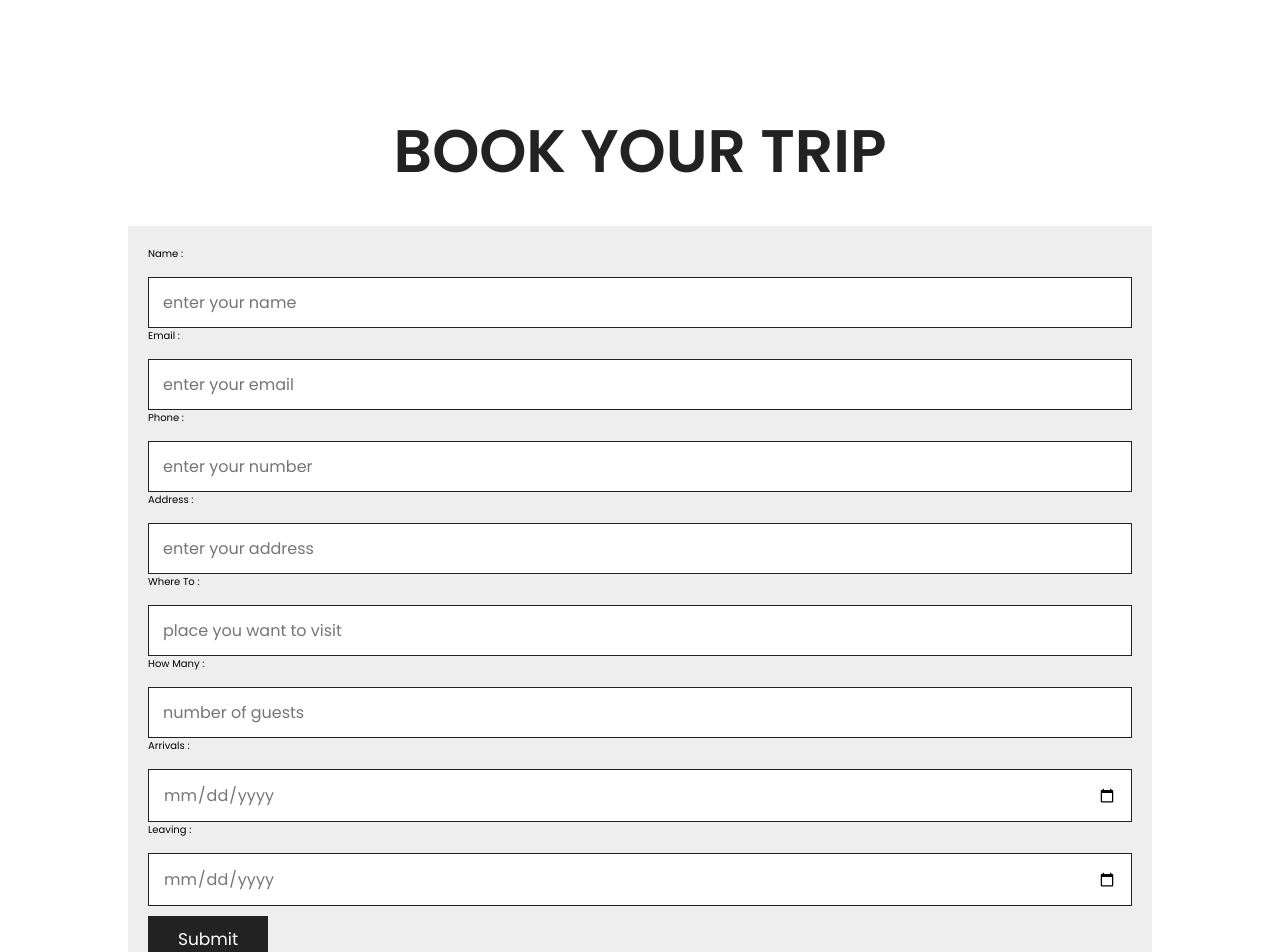
Repository: CTCuong/Traveloka-Web
Page: assets/book.html
The author's editor kept a copy of each file at every save. The page is drawn from the files as they stood at one save, then again after the next save.
The browser window is 1280 px wide. The pictures show the part of the page from y = 422 to 1374 px (the page is 2100 px tall before and 2212 px after).
Backgrounds fixed to the window are drawn as part of the page.

Above is the page before, as saved 2023-07-08 15:51:37.
Console error: TypeError: Cannot set properties of null (setting 'onclick')

After the next save:
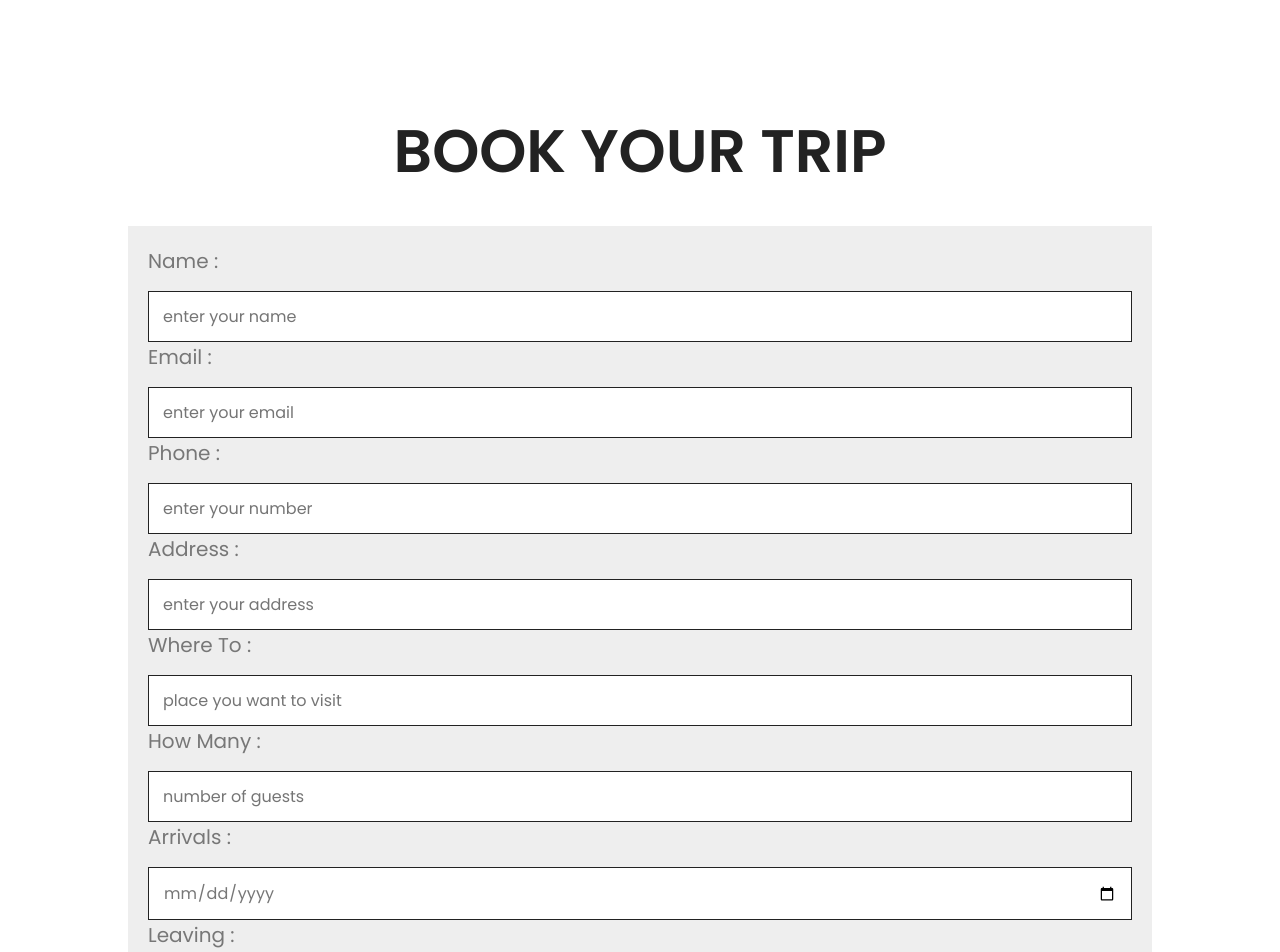
Saved 103 s later.
--- a/assets/css/style.css
+++ b/assets/css/style.css
@@ -512,7 +512,10 @@ section {
     color: var(--light-white);
 }
 
-
+.booking .book-form .flex .inputBox span {
+    font-size: 2rem;
+    color: var(--light-black);
+}
 
 
 
